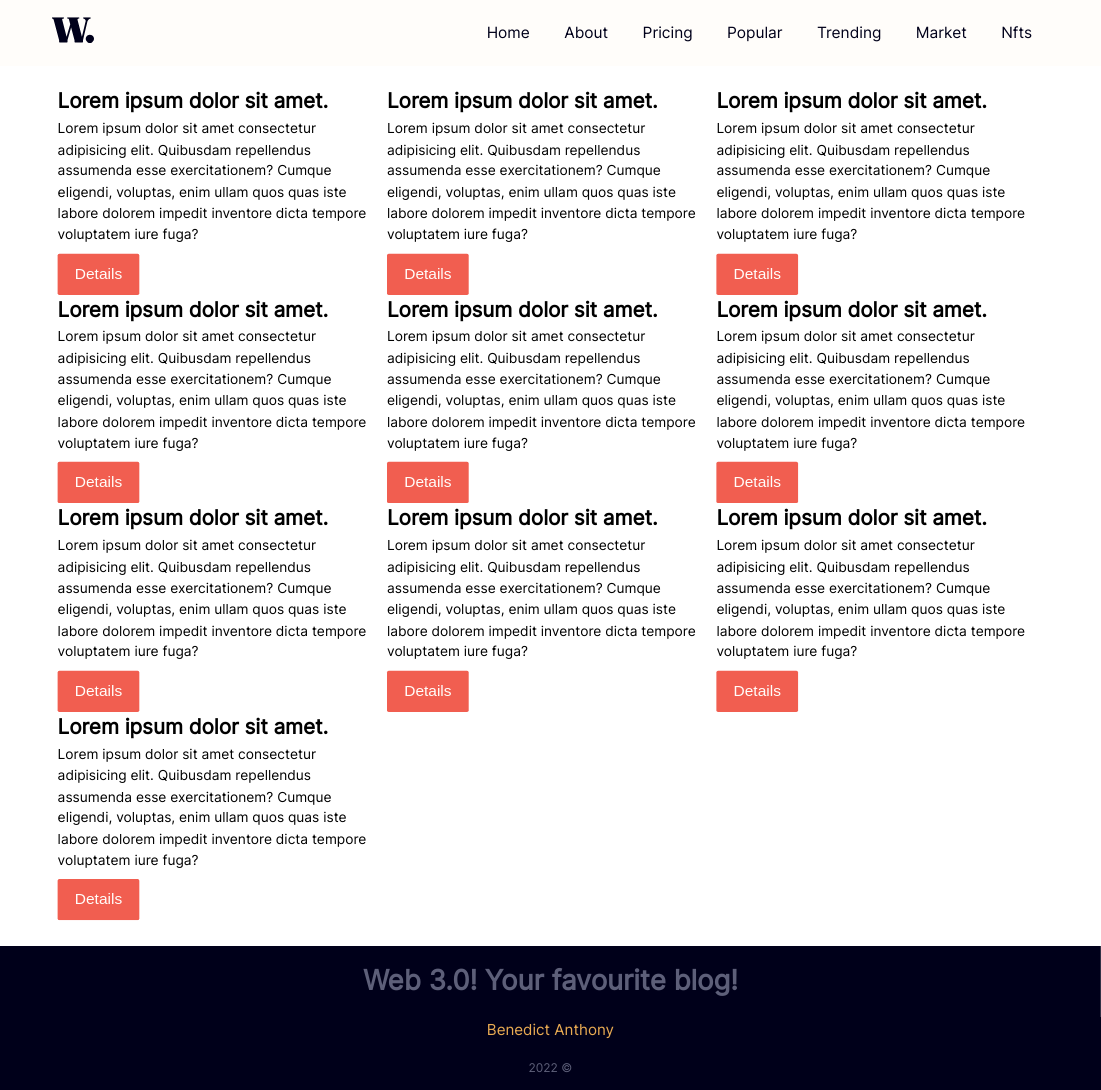
Repository: Benedict-Anthony/web3.0-blog-chain
Page: /market
The author's editor kept a copy of each file at every save. The page is drawn from the files as they stood at one save, then again after the next save.
The browser window is 1280 px wide. The pictures show the whole page, at 86% of full size.
The project was rebuilt for these pictures with package versions that can differ from the ones it lists, and the page was loaded fresh each time. The framework's server and built-in components were replaced by stand-ins that run in the browser. Also part of the build but not shown: next.config.js, styles/styles.css.

Above is the page before, as saved 2022-12-22 05:19:45.

### pages/_app.tsx
import '../styles/globals.scss'
import type { AppProps } from 'next/app'
import NavBar from '../components/NavBar'
import "@/styles/styles.css"
import { Footer } from 'components/Footer'
export default function App({ Component, pageProps }: AppProps) {
  return (
    <>
      <NavBar />
      <Component {...pageProps} />
      <Footer/>
    </>
  )
}

### pages/market.tsx
import React from 'react'
import Layout from 'components/Layout';
import Market from 'components/Market';
import MarketStyles from "@/styles/Market.module.scss"
const market = () => {
  return (
      <Layout title='Web 3.0 | market News' description='market system top news' keyword='crytopcurrency, coin, web 3, news'>
          <section className={MarketStyles.section}>
              {[1,2,3,4,5,6,7,8,9,0].map((market) => (
                  <Market key={market}/>

              ))}
          </section>
      </Layout>
  )
}

export default market

### styles/globals.scss
:root{
  --SoftOrange: hsl(35, 77%, 62%);
  --SoftRed: hsl(5, 85%, 63%);

  --Red: hsl(0, 78%, 62%);
  --Cyan: hsl(180, 62%, 55%);
  --Orange: hsl(34, 97%, 64%);
  --Blue: hsl(212, 86%, 64%);

  --OffWhite: hsl(36, 100%, 99%);
  --GrayishBlue: hsl(233, 8%, 79%);
  --DarkGrayishBlue: hsl(236, 13%, 42%);
  --VeryDarkBlue: hsl(240, 100%, 5%);
}

@font-face{
  font-family: "Inter";
  src: url("/landing/assets/fonts/static/inter-Bold.ttf");
  src: url("/landing/assets/fonts/static/inter-ExtraBold.ttf");
  src: url("/landing/assets/fonts/static/inter-Regular.ttf");
}

*::after, *::before, *{
  padding: 0;
  margin: 0;
  box-sizing: border-box;
  transition: all .3s ease;
  line-height: 1.54em;
}


ul,li{
  list-style: none;
}

html{
  scroll-behavior: smooth;
}

body{
  font-family: "Inter";
}

.swiper {
    overflow: visible;
}

### components/NavBar.tsx
import React, { useEffect } from 'react'
import {useState} from "react"
import Image from 'next/image'
import Link from 'next/link';
import NavBarStyles from "@/styles/navBar.module.scss";
import { useRouter } from 'next/router';

const NavBar = () => {
  const [mobileActive, setMobileActive] = useState(false)
  const route = useRouter()

  useEffect(() => {
    setMobileActive(false)
  }, [route.pathname])
  return (

        <header className={NavBarStyles.header}>
          <nav className={NavBarStyles.nav}>
               <div className="logo">
                <Image src="/landing/assets/images/logo.svg" alt="" width={50} height={30} />
              </div>

              <ul style={{
                right: mobileActive ? "0" : "calc(100vw + 50px)"
              }}>
                  <li><Link href={"/"}>Home</Link></li>
                  <li><Link href={"/about"}>About</Link></li>
                  <li><Link href={"/pricing"}>Pricing</Link></li>
                  <li><Link href={"/popular"}>Popular</Link></li>
                  <li><Link href={"/trending"}>Trending</Link></li>
                  <li><Link href={"/market"}>Market</Link></li>
                  <li><Link href={"/nft"}>Nfts</Link></li>

              </ul>

                  <div className={NavBarStyles.toggler} onClick={() => setMobileActive(!mobileActive)}>
                      <Image src={`/landing/assets/images/${mobileActive ? "icon-menu-close.svg" : "icon-menu.svg"}`} alt="" width={25} height={20} />
            </div>

         </nav>
    </header>

  )
}

export default NavBar

### components/Footer.tsx
import React from 'react'
import Footerstyles from "@/styles/Footer.module.scss"
export const Footer = () => {
    const year = new Date().getFullYear()
  return (
    <footer className={Footerstyles.footer}>
        <h3>Web 3.0! Your favourite blog!</h3>
          <p>Benedict Anthony</p>
          <div>{ year} &copy;</div>
    </footer>
  )
}

### components/Layout.tsx
import React, { FC } from 'react'
import UtilsStyles from "@/styles/Utils.module.scss";
import {ReactNode} from "react"
import  Head  from 'next/head';

type layoutProps = {
  children: ReactNode,
  title: string
  description: string
  keyword: string
}
const Layout = ({children, title, description, keyword}:layoutProps) => {
  return (
    <>

      <Head>
        <title>{title}</title>
        <meta name='description' content={description} />
        <meta name='keywords' content={keyword} />
    </Head>
    <main className={UtilsStyles.container}>
      <section className={UtilsStyles.spaceY}>
        {children}
      </section>
      </main>
    </>
  )
}

export default Layout

### components/Market.tsx
import React from 'react'
import Button from './Button'

const Market = () => {
  return (
    <article>
          <h2>Lorem ipsum dolor sit amet.</h2>
          <p>Lorem ipsum dolor sit amet consectetur adipisicing elit. Quibusdam repellendus assumenda esse exercitationem? Cumque eligendi, voluptas, enim ullam quos quas iste labore dolorem impedit inventore dicta tempore voluptatem iure fuga?</p>
          <Button title='Details'/>
    </article>
  )
}

export default Market

### styles/Market.module.scss
.section{
    margin-top: 20px;
    display: grid;
    grid-template-columns: repeat(auto-fit, minmax(20rem, 1fr));
    justify-content: center;
    align-items: center;
    column-gap: 3px;

}

### styles/navBar.module.scss
.header{
    position: fixed;
    top: 0;
    right: 0;
    left: 0;
    // max-width: 1160px;
    margin: 0 auto;
    padding: 20px;
     background-color: var(--OffWhite);
     z-index:10;
    //  box-shadow:  2px 1px 3px var(--DarkGrayishBlue);
}

.nav{
    display: flex;
    justify-content: space-between;
    align-items: center;
     max-width: 1160px;
    margin: 0 auto;

    .logo{
        width: 50px;
    }

    ul{
        display: flex;
        align-items: center;
        justify-content: space-between;

        li{
            margin: 0 20px;

            a{
                text-decoration: none;
                font-size: 18px;
                color: var(--VeryDarkBlue);
                font-family: "Inter";
                font-weight: 400;
                &:hover{
                    color: var(--SoftRed);
                    cursor: pointer;
                }
            }
        }
    }

    @media(max-width:767px) {
        ul{
            position: absolute;
            top: 0;
            width: 80%;
            background-color: var(--OffWhite);
            box-shadow: 2px 2px 3px var(--DarkGrayishBlue);
            height: 100vh;
            flex-flow: column;
            justify-content: center;
            align-items: flex-start;
            padding-left: 10px;

            li{
                margin: 20px 0;

                a{
                    font-size: 22px;
                }
            }

        }


    }
}



.toggler{
        display: none;


        @media(max-width:767px) {
            display: block;
            z-index: 10;
        }
    }

### styles/Footer.module.scss
.footer{
    display: flex;
    align-items: center;
    justify-content: center;
    flex-direction: column;
    gap: 20px;
    padding: 15px 5px;
    color: var(--DarkGrayishBlue);
    background-color: var(--VeryDarkBlue);
    margin-top: 30px;
    text-align: center;

    h3{
        // color:var(--Blue);
        font-size: 2rem;
    }
    p{
        color: var(--SoftOrange);
        font-size: 1.1rem;
    }

    div{
        // color: var(--SoftOrange);
        font-size: 14px;
    }
}

### styles/Utils.module.scss
.container{
    max-width: 1160px;
    margin: 0 auto;
    overflow:hidden;
    padding: 0 7px;
}

.spaceY{
    padding-top: 2.5rem;
    margin-top: 2.5rem;
}

### components/Button.tsx
import React from 'react'
import ButtonbStyles from "@/styles/Button.module.scss"
type ButtonProps = {
    title:string
}
const Button = ({title}: ButtonProps) => {
  return (
    <button className={ButtonbStyles.button}>
      {title}
    </button>
  )
}

export default Button

### styles/Button.module.scss
.button{
    display: inline-block;
    color: var(--OffWhite);
    padding: 10px 20px;
    border: 0;
    background-color: var(--SoftRed);
    margin-top: 10px;
    font-size: 18px;
    border-radius: 2px;
    text-transform: capitalize;

    &:hover{
        cursor: pointer;
        background-color: var(--VeryDarkBlue);
    }
}

After the next save:
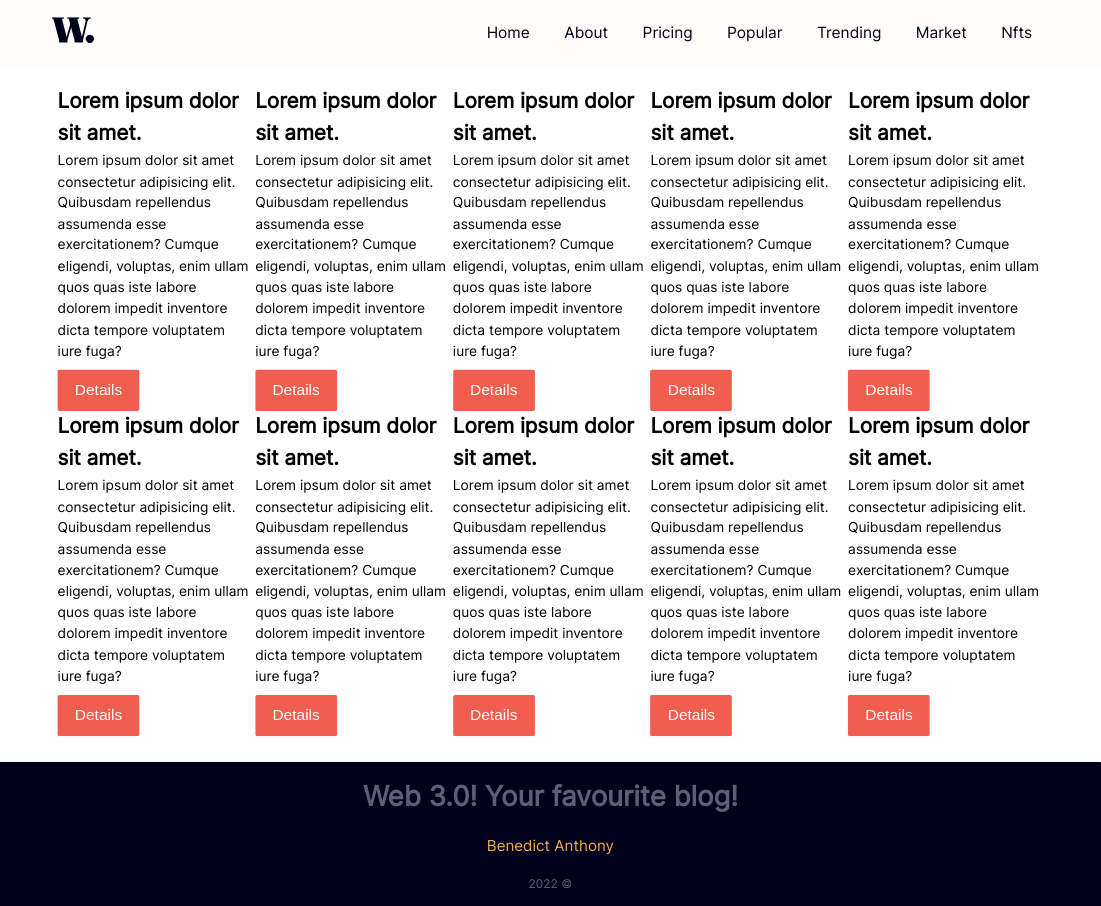
Saved 28 s later.
--- a/styles/Market.module.scss
+++ b/styles/Market.module.scss
@@ -1,7 +1,7 @@
 .section{
     margin-top: 20px;
     display: grid;
-    grid-template-columns: repeat(auto-fit, minmax(20rem, 1fr));
+    grid-template-columns: repeat(auto-fit, minmax(14rem, 1fr));
     justify-content: center;
     align-items: center;
     column-gap: 3px;

After the save that followed:
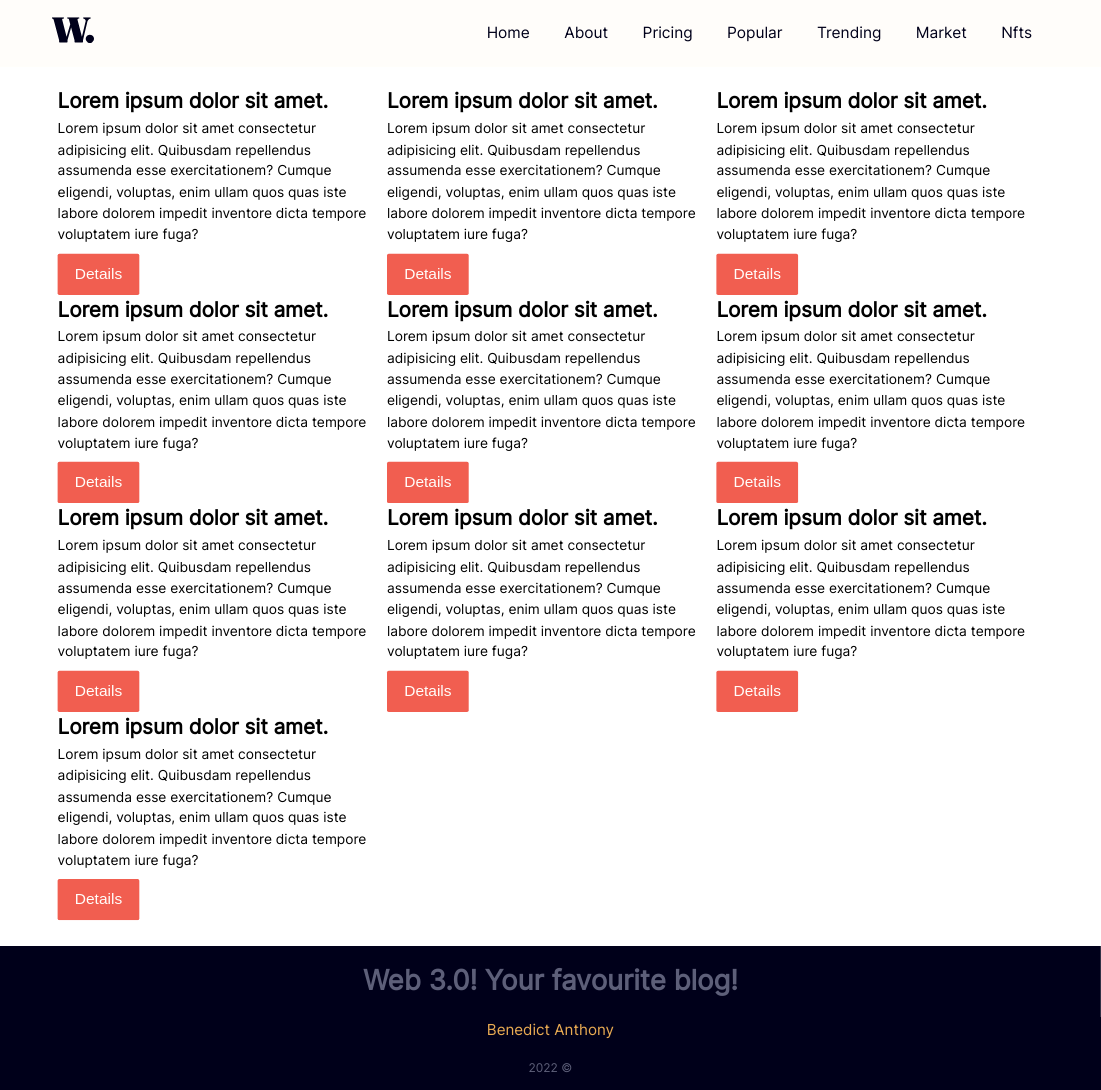
Saved 9 s later.
--- a/styles/Market.module.scss
+++ b/styles/Market.module.scss
@@ -1,7 +1,7 @@
 .section{
     margin-top: 20px;
     display: grid;
-    grid-template-columns: repeat(auto-fit, minmax(14rem, 1fr));
+    grid-template-columns: repeat(auto-fit, minmax(20rem, 1fr));
     justify-content: center;
     align-items: center;
     column-gap: 3px;
